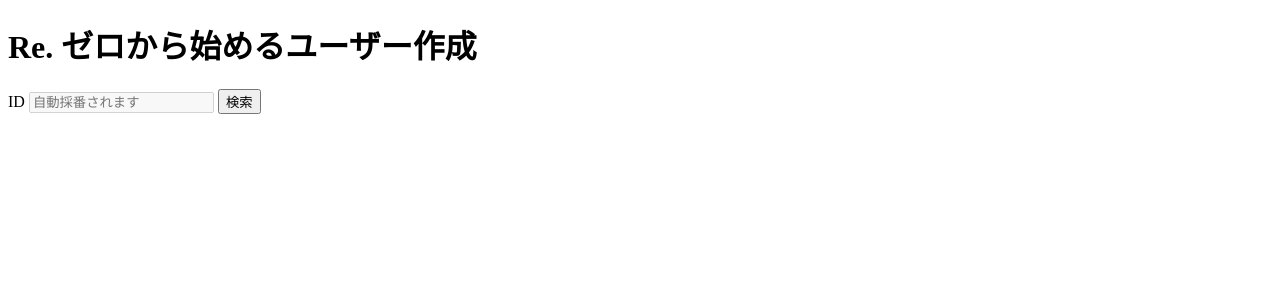
Repository: ShunsukeTanizaki/sqlite_api_lesson
Page: app/public/create.html
An editor plug-in stored every save of this project. The page is shown before and after the next save, followed by the edit.
The browser window is 1280 px wide. The pictures show the whole page.
The page's requests for data from a server got no answer.

Above is the page before, as saved 2021-02-06 10:55:11.

### app/public/create.html
<!DOCTYPE html>
<html lang="ja">
<head>
    <meta charset="UTF-8">
    <meta name="viewport" content="width=device-width, initial-scale=1.0">
    <title>Re.ゼロから始めるWeb API入門</title>
    <!-- Load scripts -->
    <script src="js/search.js" defer></script>
    <script src="js/users.js" defer></script>
    <script src="js/index.js" defer></script>
</head>
<body>
    <main>
        <h1>Re. ゼロから始めるユーザー作成</h1>
        <label for="uid">ID</label>
        <input type="text" id="uid" placeholder="自動採番されます" disabled />
        <button id="search-btn">検索</button>
    </main>
</body>
</html>

### app/public/js/search.js
const serachModule = (() => {
    const BASE_URL = "http://localhost:3000/api/v1/search"
    return {
        serachUsers: async () => {
            // 検索窓への入力値を取得
            const query = document.getElementById("search").value

            const res = await fetch(BASE_URL + '?q=' + query)
            const result = await res.json()

            let body = ""

            for (let i = 0; i < result.length; i++) {
                const user = result[i]
                body += `<tr>
                            <td>${user.id}</td>
                            <td>${user.name}</td>
                            <td>${user.profile}</td>
                            <td>${user.date_of_birth}</td>
                            <td>${user.created_at}</td>
                            <td>${user.updated_at}</td>
                        </tr>`
            }

            document.getElementById("users-list").innerHTML = body
        }
    }
})()

### app/public/js/users.js
// 即時関数でモジュール化
const usersModule = (() => {
    const BASE_URL = "http://localhost:3000/api/v1/users"
    return {
        fetchAllUsers: async() => {
            const res = await fetch(BASE_URL)
            const users = await res.json()

            for (let i = 0; i < users.length; i++) {
                const user = users[i]
                const body = `<tr>
                                <td>${user.id}</td>
                                <td>${user.name}</td>
                                <td>${user.profile}</td>
                                <td>${user.date_of_birth}</td>
                                <td>${user.created_at}</td>
                                <td>${user.updated_at}</td>
                            </tr>`
                document.getElementById("users-list").insertAdjacentHTML("beforeend", body)
            }
        }
    }
})()

### app/public/js/index.js
const indexModule = (() => {
    //検索ボタンをクリックした時のイベントリスナーを設定
    document.getElementById("search-btn")
        .addEventListener('click', () => {
        return serachModule.serachUsers()
    })
    // UsersモジュールのfetchAllUsersメソッドを呼び出す
    return usersModule.fetchAllUsers()

})()

After the next save:
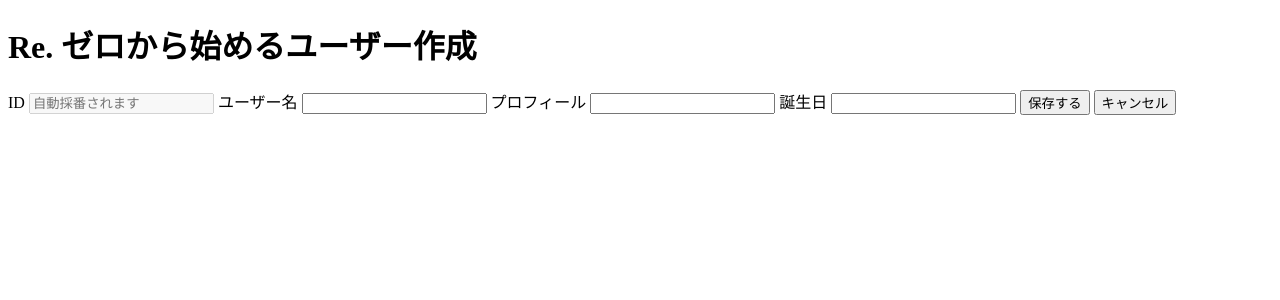
Console error: TypeError: Cannot read properties of null (reading 'addEventListener')
Saved 4 min 49 s later.
--- a/app/public/create.html
+++ b/app/public/create.html
@@ -14,7 +14,15 @@
         <h1>Re. ゼロから始めるユーザー作成</h1>
         <label for="uid">ID</label>
         <input type="text" id="uid" placeholder="自動採番されます" disabled />
-        <button id="search-btn">検索</button>
+        <label for="name">ユーザー名</label>
+        <input type="text" id="name" />
+        <label for="profile">プロフィール</label>
+        <input type="text" id="profile" />
+        <label for="date-of-birth">誕生日</label>
+        <input type="text" id="date-of-birth" />
+
+        <button id="save-btn">保存する</button>
+        <button id="cancel-btn">キャンセル</button>
     </main>
 </body>
 </html>
